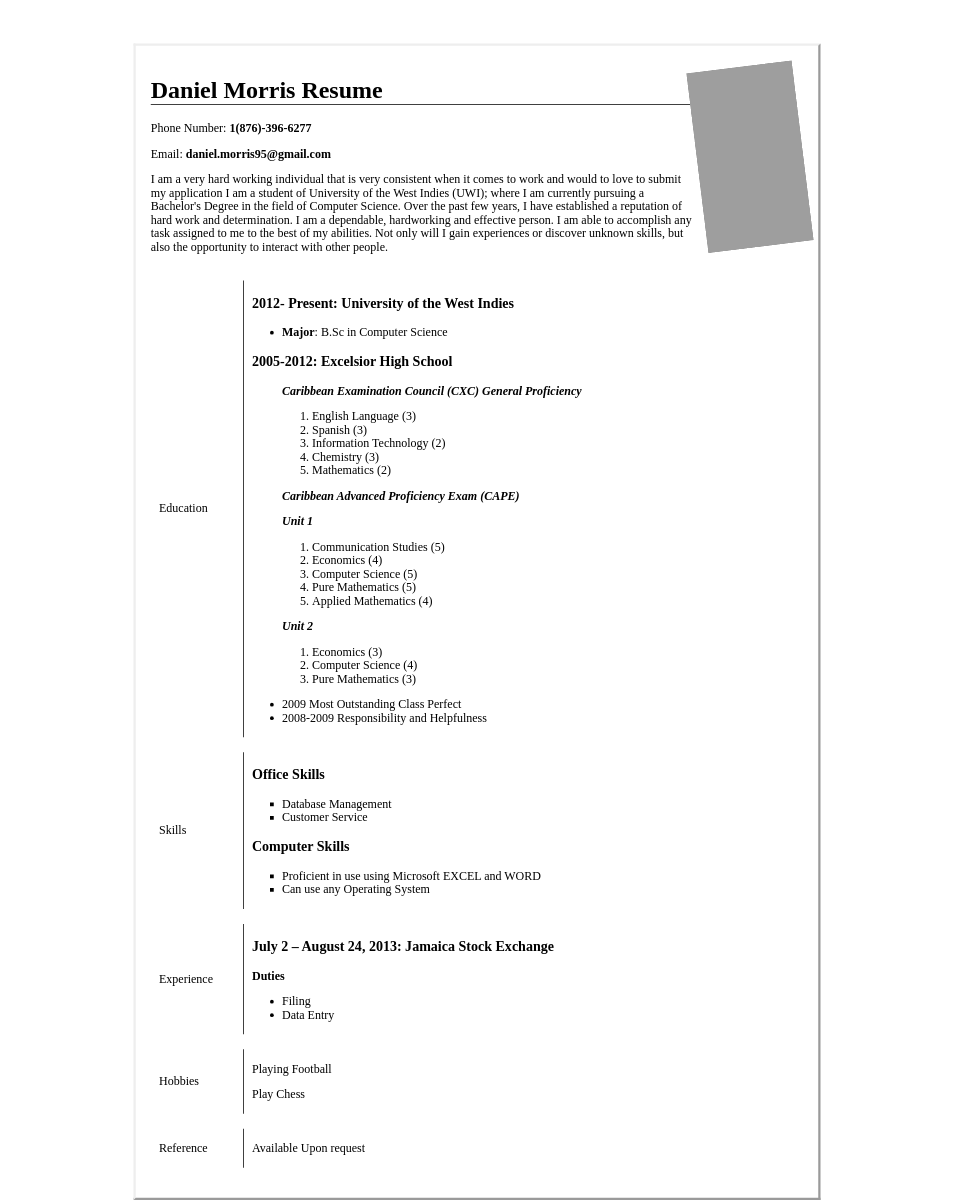
Repository: Alvezsoftware/daniel
Page: workspace/webresume.html
The author's editor kept a record of every edit. The page is drawn from the files as they stood at one moment, then again after the next edit.
The browser window is 1280 px wide. The pictures show the whole page, at 75% of full size.
Pictures or frames that could not be fetched are drawn as grey boxes.

Above is the page before.

After the next edit:
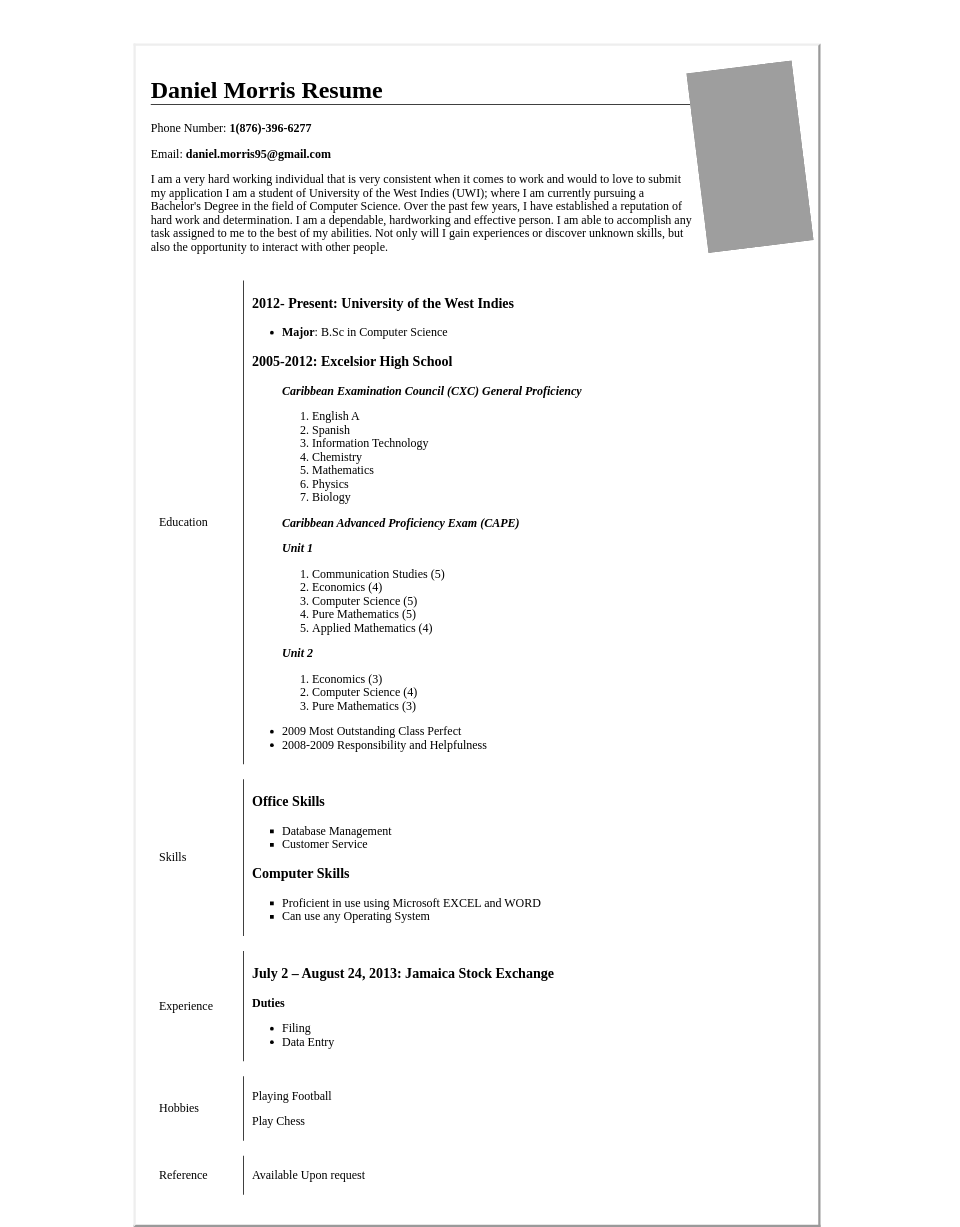
The edit:
--- a/workspace/webresume.html
+++ b/workspace/webresume.html
@@ -42,11 +42,13 @@
             <ul>
                 <p><Strong><em>Caribbean Examination Council (CXC) General Proficiency</em></Strong></p>
                 <ol>
-                <li>English Language (3)</li>
-                <li> Spanish (3)</li>
-                <li>Information Technology (2)</li>
-                <li>Chemistry (3)</li>
-                <li> Mathematics (2)</li>
+                <li>English A</li>
+                <li> Spanish </li>
+                <li>Information Technology </li>
+                <li>Chemistry </li>
+                <li> Mathematics </li>
+                <li> Physics </li>
+                <li> Biology </li>
                 </ol>
             </ul>
             <ul>
